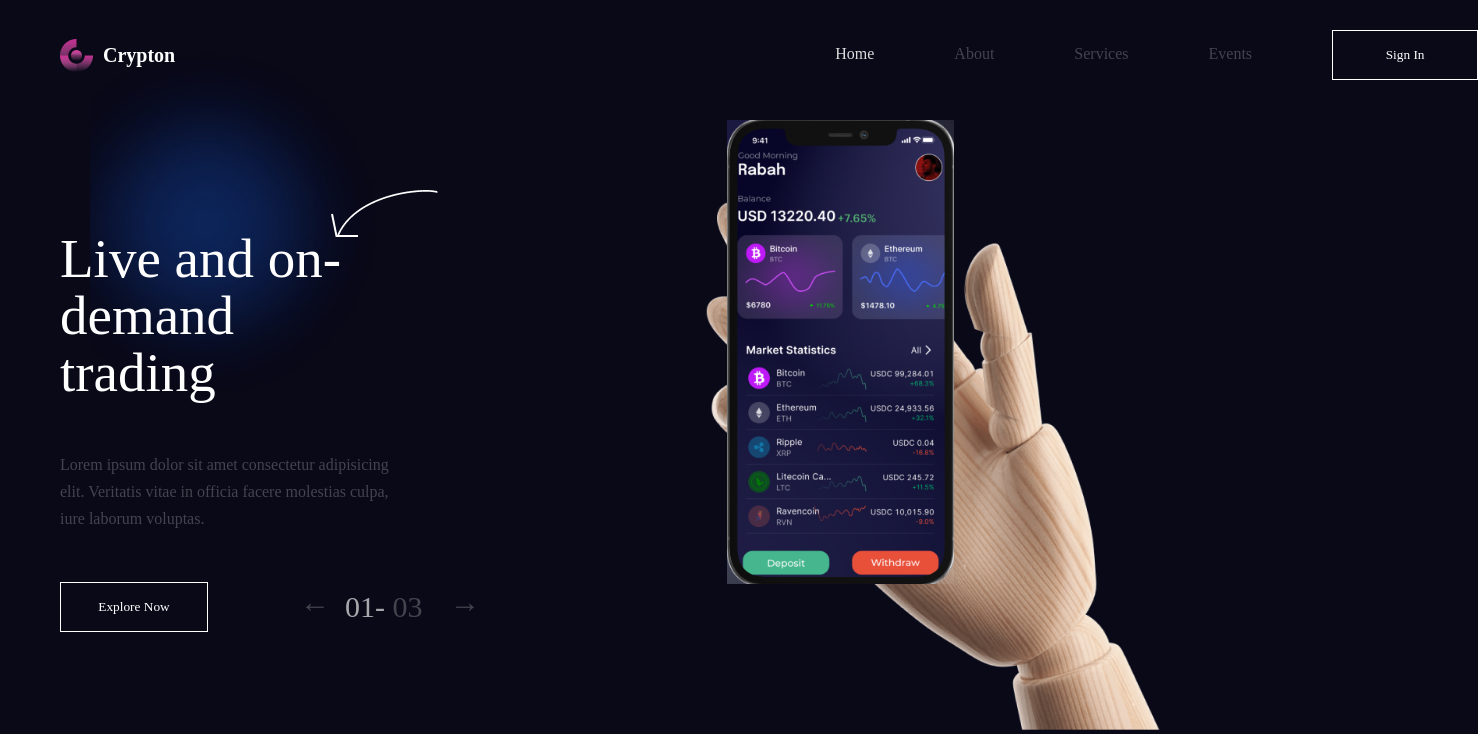
Repository: isaacCodes1/Crypton-Website
Page: index.html
The author's editor kept a copy of each file at every save. The page is drawn from the files as they stood at one save, then again after the next save.
The browser window is 1280 px wide. The page is 1478 px wide, so the pictures cover 1478 px, including what lies to the right of the window. The pictures show the whole page.

Above is the page before, as saved 2024-05-14 20:59:55.

### index.html
<!DOCTYPE html>
<html lang="en">
  <head>
    <meta charset="UTF-8" />
    <meta name="viewport" content="width=device-width, initial-scale=1.0" />
    <link rel="stylesheet" href="style.css" />
    <title>Crypton HomePage</title>
  </head>
  <body>
    <header>
      <nav>
        <div class="headerGen">
          <div class="logo">
            <img class="logoImage" src="/Assets/Group 605.png" alt="" />
            <p class="logoText">Crypton</p>
            <ul>
              <li>Home</li>
              <li style="color: #d6d5d54a">About</li>
              <li style="color: #d6d5d54a">Services</li>
              <li style="color: #d6d5d54a">Events</li>
              <button class="sign">Sign In</button>
            </ul>
          </div>
        </div>
      </nav>
    </header>
    <section>
      <div class="firstSectionGeneral">
        <div class="liveTexts">
          <h1 class="liveText"><span><img class="shadow" src="/Assets/shadow.png" alt=""></span><span><img class="arrow" src="/Assets/Arrow_03.png" alt=""></span>Live and on-demand trading</h1>
          <p class="lorem">
            Lorem ipsum dolor sit amet consectetur adipisicing elit. Veritatis
            vitae in officia facere molestias culpa, iure laborum voluptas.
          </p>
          <button class="explore">Explore Now</button>
          <span class="rArrow">&#8592;</span>
          <p class="innerP">01- <span class="theBrownNumber">03</span></p>
          <span class="lArrow">&#8594;</span>
        </div>
      </div>
    </section>
    <section>
      <div class="handDiv">
        <div class="woodenHand">
          <img class="wood" src="/Assets/rabat.png
          " alt="">
          <img class="hand" src="/Assets/Hand.png" alt="">
        </div>
      </div>
    </section>
  </body>
</html>

### style.css
    * {
    margin: 0;
    padding: 0;
    box-sizing: border-box;
    font-family: "poppins";
    }
body{
    background-color: rgb(9, 9, 24);
}
/* NavBar */
.logo {
    display: flex;
    align-items: center;
    gap: 10px;
    padding-top: 30px;
    margin-left: 60px;
    margin-bottom: 150px;
    cursor: pointer;
}
.logoText{
    font-size: 20px;
    color: #fff;
    margin-right: 650px;
    font-weight: 600;
}
.logo ul{
    display: flex;
    color: #dedcdc;
    list-style: none;
    gap: 80px;
    display: flex;
    align-items: center;
    cursor: pointer;
}
    .logo ul li {
        list-style: none;
        display: inline-block;
        /* padding: 8px 12px; */
        position: relative;
    }
    .logo ul li::after {
        content: "";
        width: 0%;
        height: 2px;
        background: #fff;
        display: block;
        margin: auto;
        transition: 0.5s;
    }
    .logo ul li:hover::after {
        width: 70%;
    }

.sign{
    width: 146px;
    height: 50px;
    border: 1px solid #fff;
    background: transparent;
    color: #fff;
    cursor: pointer;
}
/* Landing Page */
.liveTexts{
    /* display: flex; */
}
.liveText{
    display: flex;
    flex-direction: column;
    font-size: 55px;
    width: 340px;
    line-height: 57px;
    color: #fff;
    margin-left: 60px;
    font-weight: normal;
    margin-bottom: 50px;
}
.shadow{
    width: 25%;
    position: absolute;
    top: 20px;
    left: 90px;
    z-index: -1;
}
.lorem{
    color: #d6d5d54a;
    width: 27%;
    margin-left: 60px;
    line-height: 27px;
    margin-bottom: 50px;
}
.explore{
    margin-left: 60px;
    width: 148px;
    height: 50px;
    background: transparent;
    color: #fff;
    border: 1px solid #fff;
}
.arrow{
    position: absolute;
    top: 120px;
    left: 290px;
}
.rArrow{
    position: absolute;
    font-size: 30px;
    top: 585px;
    left: 300px;
    margin-right: 200px;
    color: #d6d5d54a;
    display: flex;
    align-items: center;
}
.lArrow{
    position: absolute;
    font-size: 30px;
    top: 585px;
    left: 450px;
    color: #d6d5d54a;
    display: flex;
    align-items: center;
}
.innerP{
    position: absolute;
    left: 345px;
    top: 590px;
    color: #ffffffa4;
    font-size: 30px;
}
.theBrownNumber{
    color: #d6d5d54a;
}
/* Wooden Hand Image */
.handDiv{
    display: flex;
    position: absolute;
    top: 190px;
    right: 120px;
}
.hand{
    height: 75vh;
}
.wood{
    position: absolute;
    right: 206px;
    top: -70px;
    width: 50%;
}

After the next save:
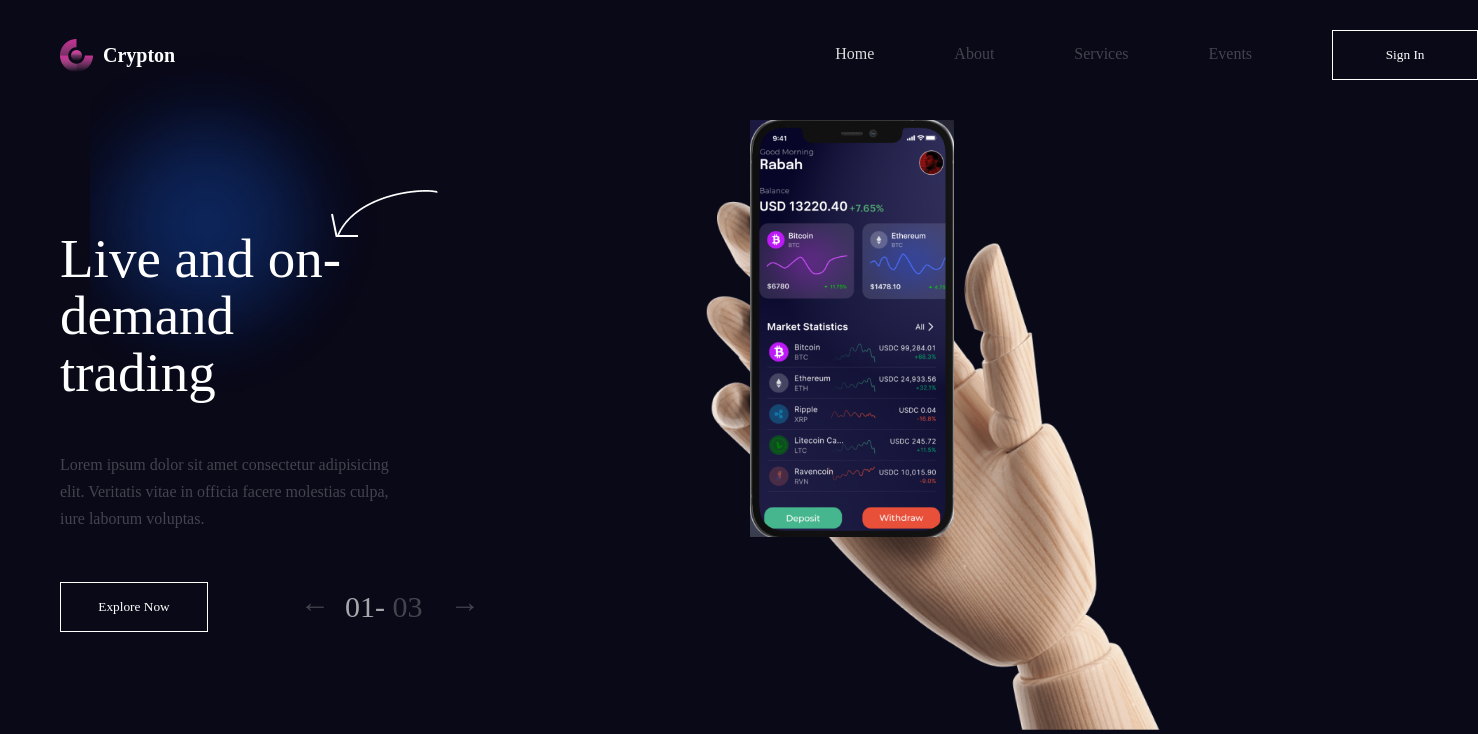
Saved 5 s later.
--- a/style.css
+++ b/style.css
@@ -144,5 +144,5 @@ body{
     position: absolute;
     right: 206px;
     top: -70px;
-    width: 50%;
+    width: 45%;
 }
